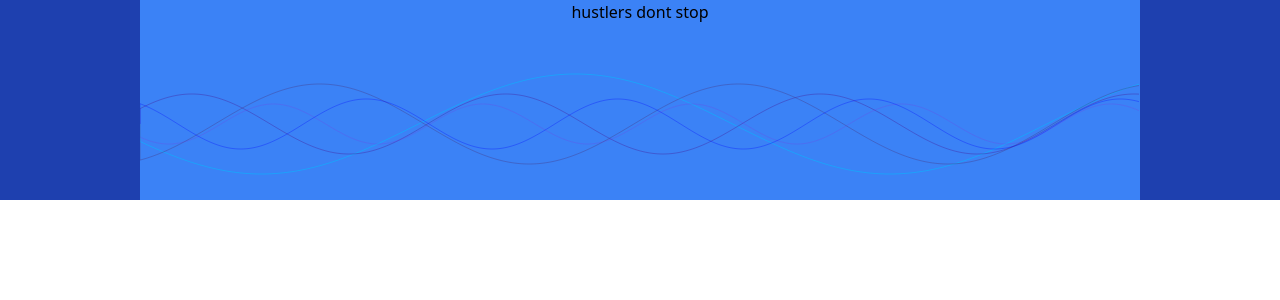
Repository: TMuse333/quantum-experiments
Page: /
An editor plug-in stored every save of this project. The page is shown before and after the next save, followed by the edit.
The browser window is 1280 px wide. The pictures show the whole page.
The project was rebuilt for these pictures with package versions that can differ from the ones it lists, and the page was loaded fresh each time. Also part of the build but not shown: vite.config.ts.

Above is the page before, as saved 2024-06-08 18:15:41.

After the next save:
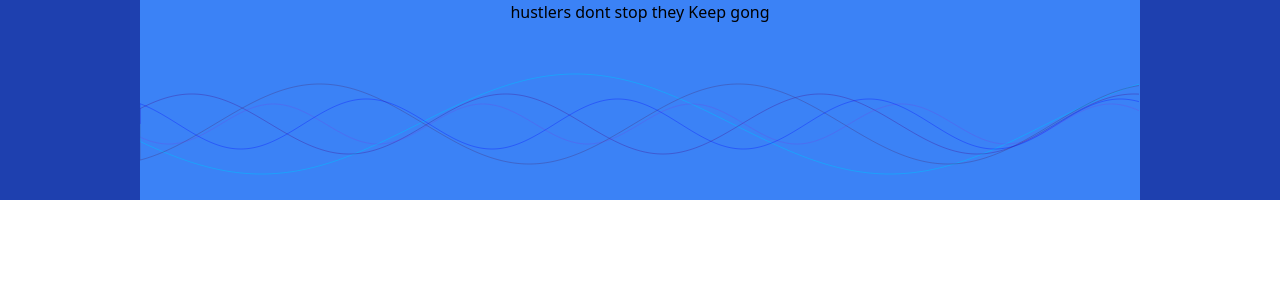
Saved 9 s later.
--- a/src/components/wave/wave.tsx
+++ b/src/components/wave/wave.tsx
@@ -81,7 +81,7 @@ const SineWave: React.FC = () => {
 
   return (
     <div className='w-screen bg-blue-500 relative h-[200px] max-w-[1000px] ml-auto mr-auto'>
-        <h1>hustlers dont stop</h1>
+        <h1>hustlers dont stop they Keep gong</h1>
       <canvas className='h-full w-full' ref={canvasRef} />
     </div>
   );
